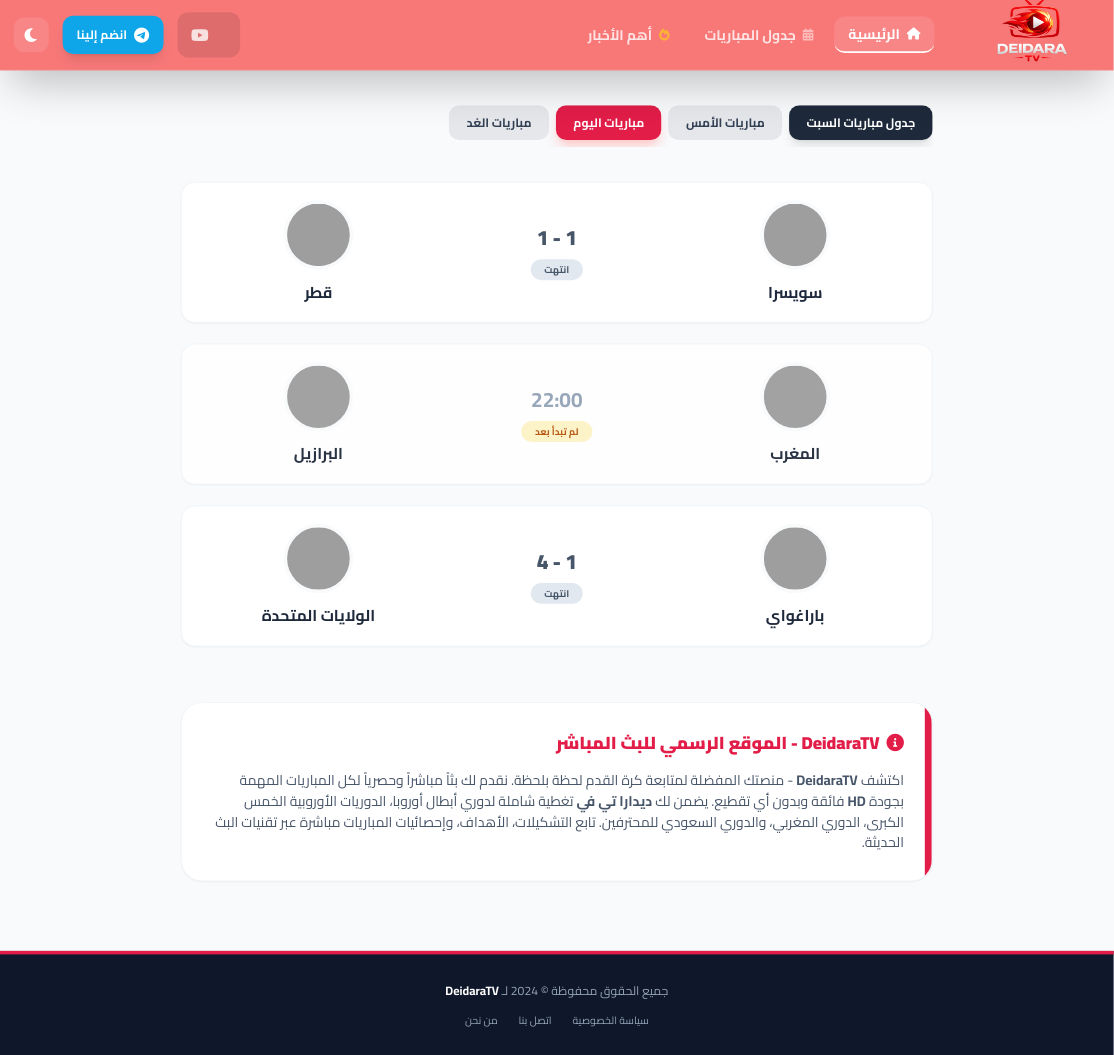
Repository: zakariax05/deidaraTV
Page: index.html
These files come from the project's save history. The page is drawn as it stood at one moment and after the next save; the edit follows.
The browser window is 1280 px wide. The pictures show the whole page, at 87% of full size.
Pictures or frames that could not be fetched are drawn as grey boxes. Some web libraries are served in a nearby version.

Above is the page before, as saved 2026-06-14 02:27:10.

After the next save:
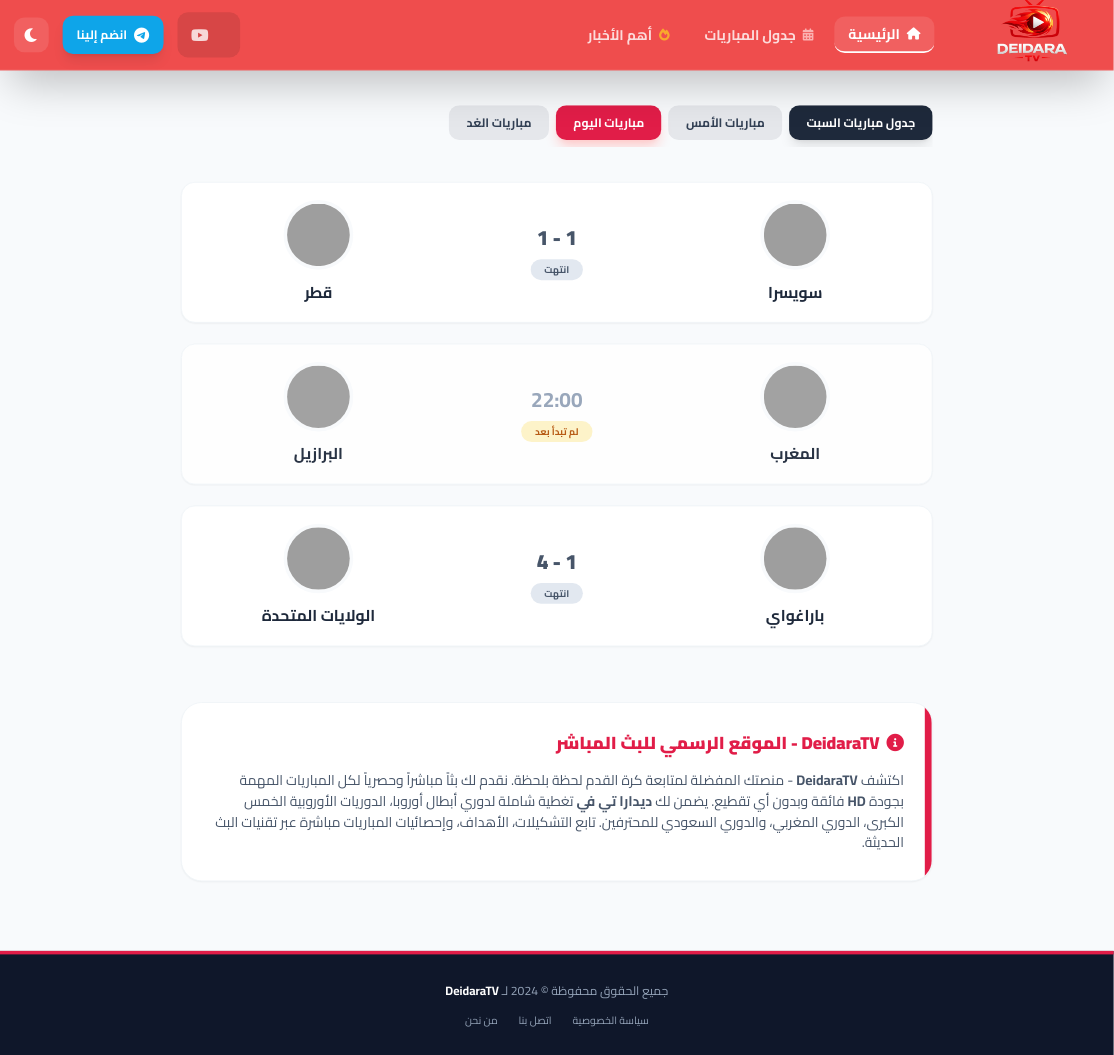
Saved 13 s later.
--- a/index.html
+++ b/index.html
@@ -43,7 +43,7 @@
   <!-- Header / الهيدر -->
   <!-- الهيدر المطور للرئيسية - DeidaraTV -->
   <header
-    class="bg-red-400 text-white shadow-2xl sticky top-0 z-[100] backdrop-blur-md bg-opacity-95 border-b border-white/10">
+    class="bg-red-500 text-white shadow-2xl sticky top-0 z-[100] backdrop-blur-md bg-opacity-95 border-b border-white/10">
     <div class="container mx-auto px-4">
       <div class="flex justify-between items-center h-16 md:h-20">
 
